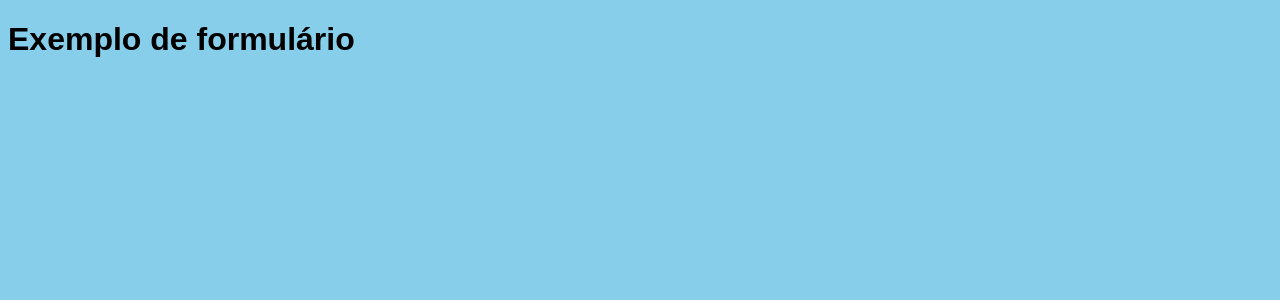
Repository: Codigo404q/html-css
Page: exercicios/ex025/form007.html
An editor plug-in stored every save of this project. The page is shown before and after the next save, followed by the edit.
The browser window is 1280 px wide. The pictures show the whole page.

Above is the page before, as saved 2024-01-30 22:07:02.

### exercicios/ex025/form007.html
<!DOCTYPE html>
<html lang="pt-br">
<head>
    <meta charset="UTF-8">
    <meta name="viewport" content="width=device-width, initial-scale=1.0">
    <title>Formulário</title>
    <style>
       body {
            background-color: skyblue;
            font-family: Arial, Helvetica, sans-serif;
        }
    </style>
</head>
<body>
    <h1>Exemplo de formulário</h1>
    <form action="cadastro.lua" method="get" autocomplete="on">

    </form>
</body>
</html>

After the next save:
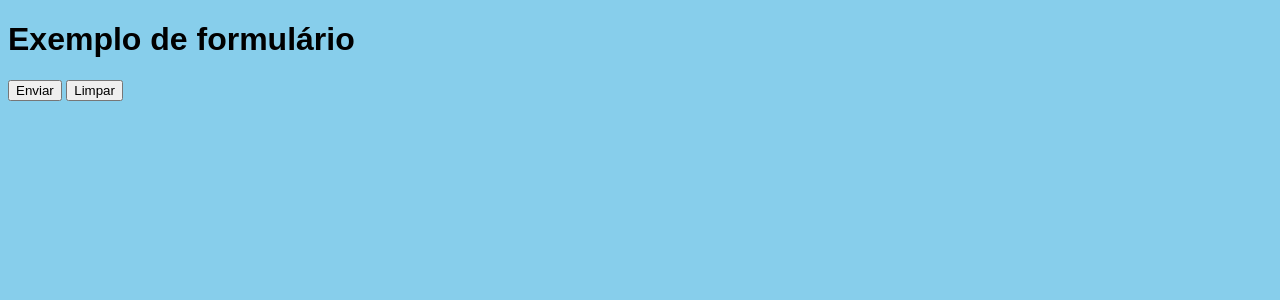
Saved 4 s later.
--- a/exercicios/ex025/form007.html
+++ b/exercicios/ex025/form007.html
@@ -15,6 +15,11 @@
     <h1>Exemplo de formulário</h1>
     <form action="cadastro.lua" method="get" autocomplete="on">
 
+        <p>
+            <input type="submit" value="Enviar">
+            <input type="reset" value="Limpar">
+        </p>
+
     </form>
 </body>
 </html>
